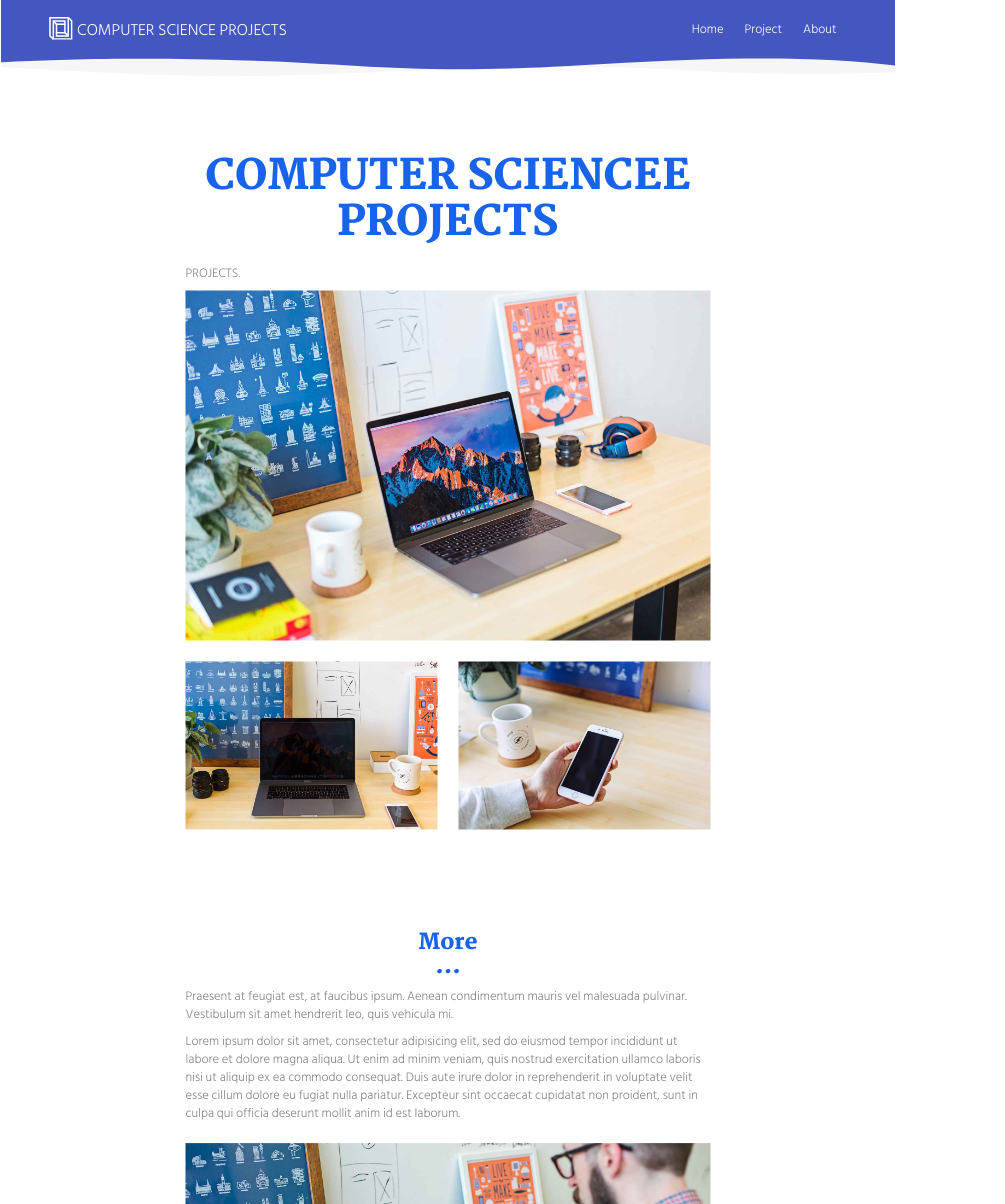
Repository: KevinBach02/KevinBach02.github.io
Page: project.html
The author's editor kept a record of every edit. The page is drawn from the files as they stood at one moment, then again after the next edit.
The browser window is 1280 px wide. The page is 1280 px wide, then 1435 px, so the pictures cover 1435 px, including what lies to the right of the window. The pictures show the part of the page from y = 0 to 1720 px (the page is 2740 px tall before and 1970 px after), at 70% of full size.

Above is the page before.

### project.html
<!DOCTYPE html>
<html lang="en">

<head>
  <meta charset="UTF-8">
  <meta content="IE=edge" http-equiv="X-UA-Compatible">
  <meta content="width=device-width,initial-scale=1" name="viewport">
  <meta content="description" name="description">
  <meta name="google" content="notranslate" />
  <meta content="Mashup templates have been developped by Orson.io team" name="author">

  <!-- Disable tap highlight on IE -->
  <meta name="msapplication-tap-highlight" content="no">


  <link rel="apple-touch-icon" sizes="180x180" href="./assets/apple-icon-180x180.png">
  <link href="./assets/favicon.ico" rel="icon">

  <link href="" rel="stylesheet">


  <title>CVHS COMPUTER SCIENCE</title>

<link href="./main.550dcf66.css" rel="stylesheet"></head>

<body> <!-- Add your content of header -->
<header>
  <nav class="navbar navbar-default active">
    <div class="container">
      <div class="navbar-header">
        <button type="button" class="navbar-toggle collapsed" data-toggle="collapse" data-target="#navbar-collapse" aria-expanded="false">
          <span class="sr-only">Toggle navigation</span>
          <span class="icon-bar"></span>
          <span class="icon-bar"></span>
          <span class="icon-bar"></span>
        </button>
        <a class="navbar-brand" href="./index.html" title="">
          <img src="./assets/images/mashup-icon.svg" class="navbar-logo-img" alt="">
          COMPUTER SCIENCE PROJECTS
        </a>
      </div>

      <div class="collapse navbar-collapse" id="navbar-collapse">
        <ul class="nav navbar-nav navbar-right">
          <li><a href="./index.html" title="">Home</a></li>
          <li><a href="./project.html" title="">Project</a></li>
          <li><a href="./about.html" title="">About</a></li>
        </ul>
      </div>
    </div>
  </nav>
</header>

<div class="section-container">
    <div class="container">
      <div class="row">
        <div class="col-xs-12 col-md-8 col-md-offset-2">
          <h1 class="text-center">COMPUTER SCIENCEE PROJECTS</h1>
          <p>PROJECTS.</p>

          <div class="section-container-spacer">
            <img src="./assets/images/img-06.jpg" alt="" class="img-responsive reveal-content" data-action="zoom">
          </div>

          <div class="row">
            <div class="col-xs-6">
              <img src="./assets/images/img-04.jpg" alt="" class="img-responsive reveal-content" data-action="zoom">
            </div>
            <div class="col-xs-6">
              <img src="./assets/images/img-07.jpg" alt="" class="img-responsive reveal-content" data-action="zoom">
            </div>
          </div>
       </div>
      </div>
    </div>
  </div>

  <div class="section-container">
    <div class="container">
      <div class="row section-container-spacer">
        <div class="col-xs-12 col-md-8 col-md-offset-2">
          <h2 class="text-center">More</h2>
          <div class="section-container-spacer">
            <p>Praesent at feugiat est, at faucibus ipsum. Aenean condimentum mauris vel malesuada pulvinar. Vestibulum sit amet hendrerit leo, quis vehicula mi.</p>
            <p>Lorem ipsum dolor sit amet, consectetur adipisicing elit, sed do eiusmod
            tempor incididunt ut labore et dolore magna aliqua. Ut enim ad minim veniam,
            quis nostrud exercitation ullamco laboris nisi ut aliquip ex ea commodo
            consequat. Duis aute irure dolor in reprehenderit in voluptate velit esse
            cillum dolore eu fugiat nulla pariatur. Excepteur sint occaecat cupidatat non
            proident, sunt in culpa qui officia deserunt mollit anim id est laborum.</p>
          </div>
          <img src="./assets/images/img-05.jpg" alt="" class="img-responsive reveal-content" data-action="zoom">
        </div>
      </div>
    </div>
  </div>

  <div class="section-container">
    <div class="container text-center">
      <div class="row section-container-spacer">
        <div class="col-xs-12 col-md-12">

          <h3>Do you like it ?</h3>
          <p>
            <a href="https://facebook.com/" class="social-round-icon fa-icon" title="">
              <i class="fa fa-facebook" aria-hidden="true"></i>
            </a>
            <a href="https://twitter.com/" class="social-round-icon fa-icon" title="">
              <i class="fa fa-twitter" aria-hidden="true"></i>
            </a>
            <a href="https://www.linkedin.com/" class="social-round-icon fa-icon" title="">
              <i class="fa fa-linkedin" aria-hidden="true"></i>
            </a>
          </p>
        </div>
      </div>

    </div>
  </div>

<footer class="footer-container white-text-container">
  <div class="container">
    <div class="row">


      <div class="col-xs-12">
        <h3>Mountain</h3>

        <div class="row">
          <div class="col-xs-12 col-sm-7">
            <p><small>Website created with <a href="http://www.mashup-template.com/" title="Create website with free html template">Mashup Template</a>/<a href="https://www.unsplash.com/" title="Beautiful Free Images">Unsplash</a></small>
            </p>
          </div>
          <div class="col-xs-12 col-sm-5">
            <p class="text-right">
              <a href="https://facebook.com/" class="social-round-icon white-round-icon fa-icon" title="">
                <i class="fa fa-facebook" aria-hidden="true"></i>
              </a>
              <a href="https://twitter.com/" class="social-round-icon white-round-icon fa-icon" title="">
                <i class="fa fa-twitter" aria-hidden="true"></i>
              </a>
              <a href="https://www.linkedin.com/" class="social-round-icon white-round-icon fa-icon" title="">
                <i class="fa fa-linkedin" aria-hidden="true"></i>
              </a>
            </p>
          </div>
        </div>


      </div>
    </div>
  </div>
</footer>

<script>
  document.addEventListener("DOMContentLoaded", function (event) {
    navActivePage();
    scrollRevelation('.reveal');
  });
</script>

<!-- Google Analytics: change UA-XXXXX-X to be your site's ID

<script>
  (function (i, s, o, g, r, a, m) {
    i['GoogleAnalyticsObject'] = r; i[r] = i[r] || function () {
      (i[r].q = i[r].q || []).push(arguments)
    }, i[r].l = 1 * new Date(); a = s.createElement(o),
      m = s.getElementsByTagName(o)[0]; a.async = 1; a.src = g; m.parentNode.insertBefore(a, m)
  })(window, document, 'script', '//www.google-analytics.com/analytics.js', 'ga');
  ga('create', 'UA-XXXXX-X', 'auto');
  ga('send', 'pageview');
</script>

--> <script type="text/javascript" src="./main.0cf8b554.js"></script></body>

</html>

Loaded but not shown: main.550dcf66.css (library); main.0cf8b554.js (library)

After the next edit:
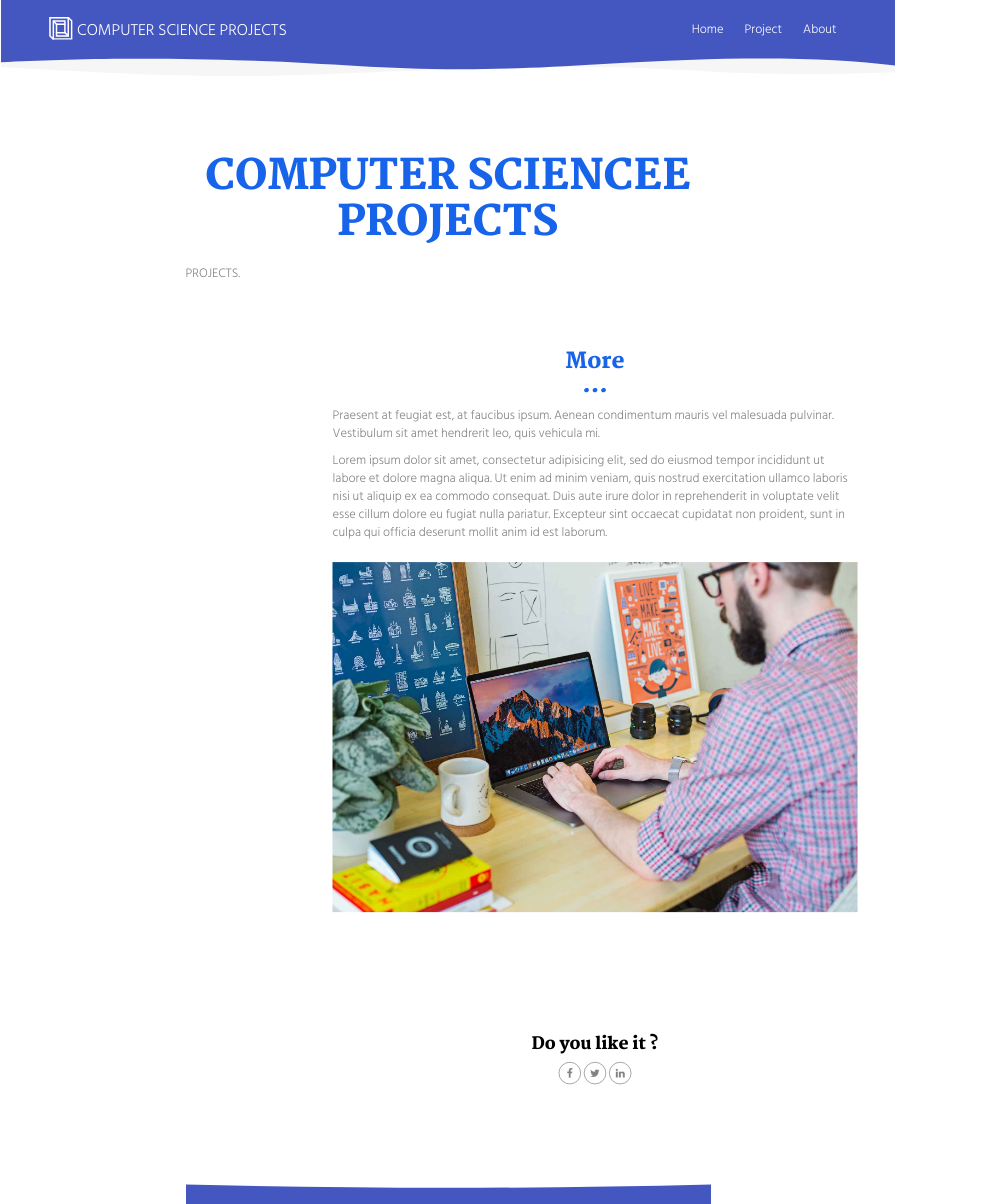
The edit:
--- a/project.html
+++ b/project.html
@@ -57,23 +57,6 @@
         <div class="col-xs-12 col-md-8 col-md-offset-2">
           <h1 class="text-center">COMPUTER SCIENCEE PROJECTS</h1>
           <p>PROJECTS.</p>
-
-          <div class="section-container-spacer">
-            <img src="./assets/images/img-06.jpg" alt="" class="img-responsive reveal-content" data-action="zoom">
-          </div>
-
-          <div class="row">
-            <div class="col-xs-6">
-              <img src="./assets/images/img-04.jpg" alt="" class="img-responsive reveal-content" data-action="zoom">
-            </div>
-            <div class="col-xs-6">
-              <img src="./assets/images/img-07.jpg" alt="" class="img-responsive reveal-content" data-action="zoom">
-            </div>
-          </div>
-       </div>
-      </div>
-    </div>
-  </div>
 
   <div class="section-container">
     <div class="container">
